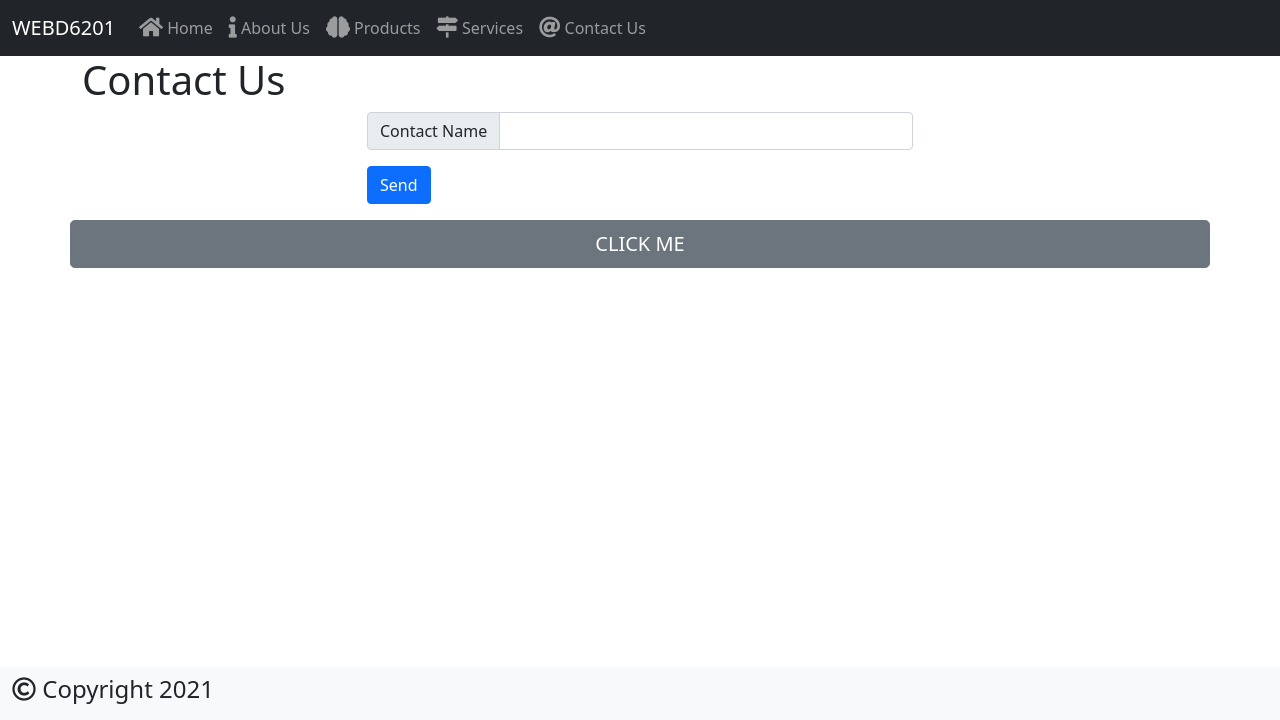
Repository: GarlicButterBoy/WEBD6201-Week1
Page: contact.html
The author's editor kept a copy of each file at every save. The page is drawn from the files as they stood at one save, then again after the next save.
The browser window is 1280 px wide. The pictures show the whole page.

Above is the page before, as saved 2021-01-21 09:27:40.

After the next save:
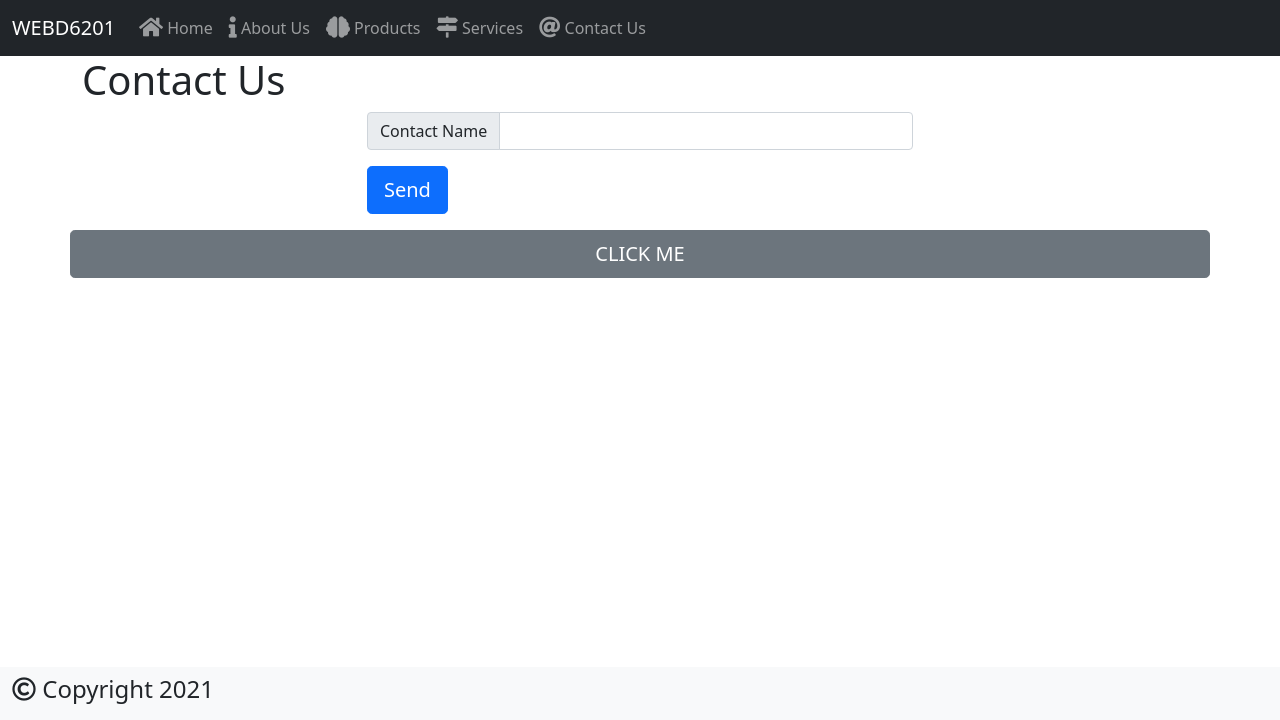
Saved 8 s later.
--- a/contact.html
+++ b/contact.html
@@ -67,7 +67,7 @@
             <input type="text" class="form-control" aria-label="Full Name" aria-describedby="Full Name Input">
           </div>
 
-          <button type="submit" class="btn btn-primary">Send</button>
+          <button type="submit" class="btn btn-primary btn-lg">Send</button>
         </form>
 
         <p id="paragraphOne" ></p>
